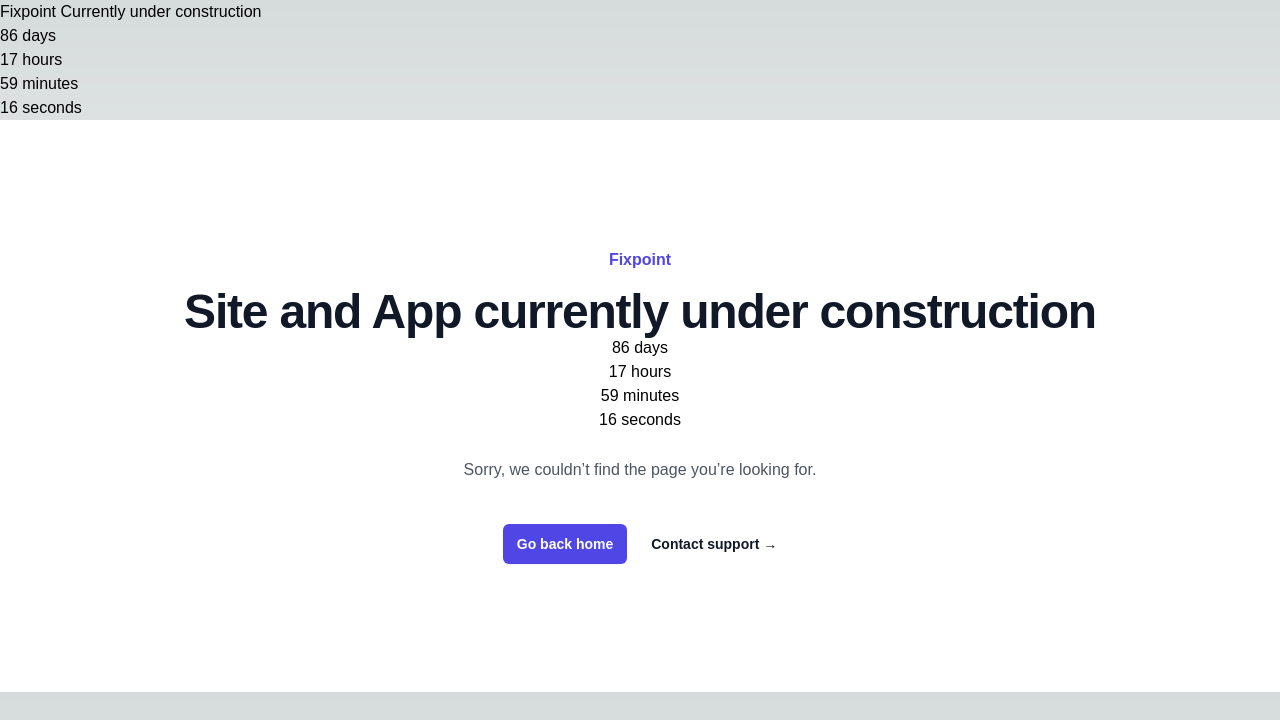
Repository: emorilebo/fixpoint_web
Page: /
These files come from the project's save history. The page is drawn as it stood at one moment and after the next save; the edit follows.
The browser window is 1280 px wide. The pictures show the whole page.
The project was rebuilt for these pictures with package versions that can differ from the ones it lists, and the page was loaded fresh each time. The framework's server and built-in components were replaced by stand-ins that run in the browser. Also part of the build but not shown: next.config.js.

Above is the page before, as saved 2023-09-15 20:11:18.

After the next save:
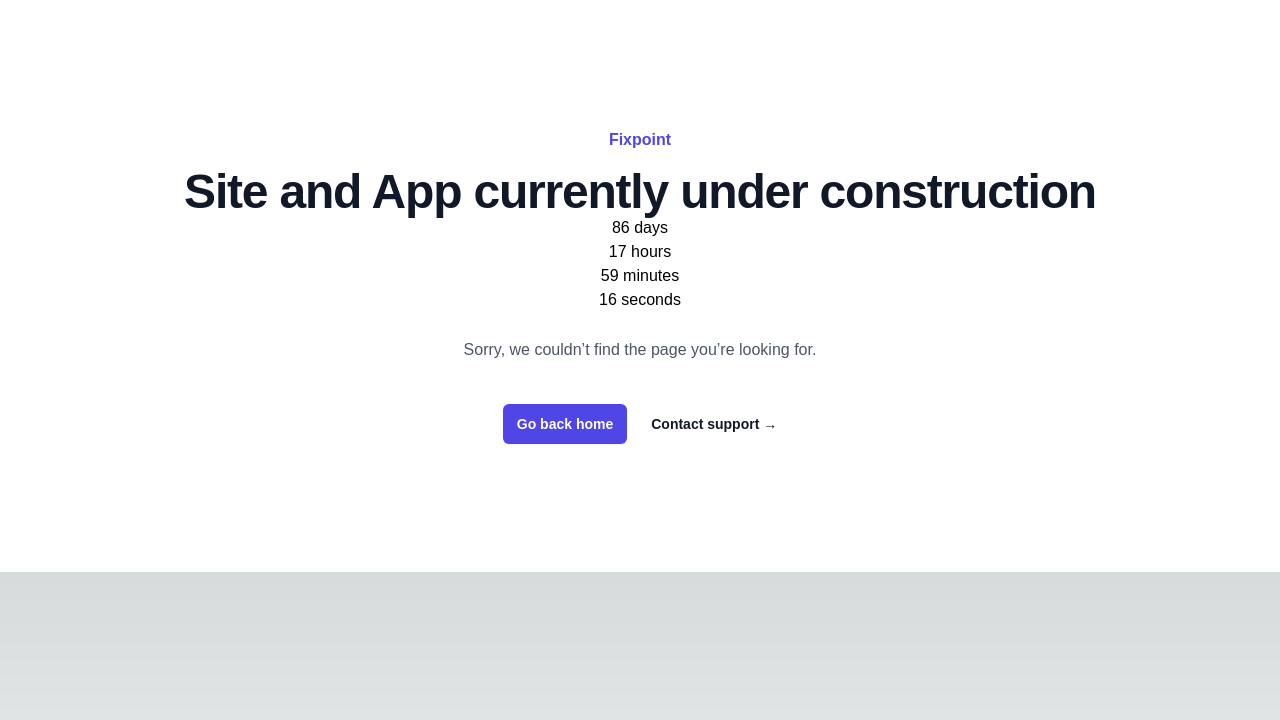
Saved 29 s later.
--- a/src/pages/index.tsx
+++ b/src/pages/index.tsx
@@ -7,8 +7,6 @@
   return (
     <div>
 
-      <h1>Fixpoint Currently under construction</h1>
-      <Countdown targetDate={targetDate} />
       <main className="grid min-h-full place-items-center bg-white px-6 py-24 sm:py-32 lg:px-8">
         <div className="text-center">
           <p className="text-base font-semibold text-indigo-600">Fixpoint</p>
